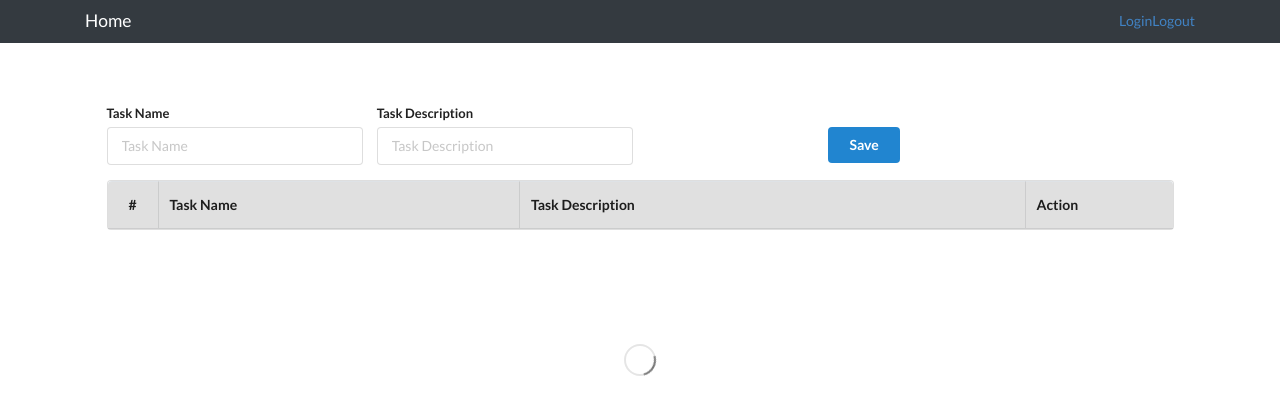
Repository: balkisys/react-js-crud
Page: /
The author's editor kept a copy of each file at every save. The page is drawn from the files as they stood at one save, then again after the next save.
The browser window is 1280 px wide. The pictures show the whole page.
The page's requests for data from a server got no answer. The project was rebuilt for these pictures with package versions that can differ from the ones it lists, and the page was loaded fresh each time. No one was signed in, and anything a server would have sent is missing. Also part of the build but not shown: src/components/Task.js.

Above is the page before, as saved 2021-02-07 19:35:09.

### public/index.html
<!DOCTYPE html>
<html lang="en">
  <head>
    <meta charset="utf-8" />
    <link rel="icon" href="%PUBLIC_URL%/favicon.ico" />
    <meta name="viewport" content="width=device-width, initial-scale=1" />
    <meta name="theme-color" content="#000000" />
    <meta
      name="description"
      content="Web site created using create-react-app"
    />
    <link rel="apple-touch-icon" href="%PUBLIC_URL%/logo192.png" />
    <link rel="stylesheet" href="https://stackpath.bootstrapcdn.com/bootstrap/4.3.1/css/bootstrap.min.css" integrity="sha384-ggOyR0iXCbMQv3Xipma34MD+dH/1fQ784/j6cY/iJTQUOhcWr7x9JvoRxT2MZw1T" crossorigin="anonymous">

    <link
    rel="stylesheet"
    href="https://cdnjs.cloudflare.com/ajax/libs/semantic-ui/2.4.1/semantic.min.css"
    />

    <!--
      manifest.json provides metadata used when your web app is installed on a
      user's mobile device or desktop. See https://developers.google.com/web/fundamentals/web-app-manifest/
    -->
    <link rel="manifest" href="%PUBLIC_URL%/manifest.json" />
    <!--
      Notice the use of %PUBLIC_URL% in the tags above.
      It will be replaced with the URL of the `public` folder during the build.
      Only files inside the `public` folder can be referenced from the HTML.

      Unlike "/favicon.ico" or "favicon.ico", "%PUBLIC_URL%/favicon.ico" will
      work correctly both with client-side routing and a non-root public URL.
      Learn how to configure a non-root public URL by running `npm run build`.
    -->
    <title>React App</title>
  </head>
  <body>
    <noscript>You need to enable JavaScript to run this app.</noscript>
    <div id="root"></div>
    <!--
      This HTML file is a template.
      If you open it directly in the browser, you will see an empty page.

      You can add webfonts, meta tags, or analytics to this file.
      The build step will place the bundled scripts into the <body> tag.

      To begin the development, run `npm start` or `yarn start`.
      To create a production bundle, use `npm run build` or `yarn build`.
    -->
  </body>
</html>

### src/index.js
import React from "react";
import ReactDOM from "react-dom";
import App from "./components/App";


ReactDOM.render(<App/>, document.querySelector("#root"));

### src/components/App.js
import React , {Component} from "react" ;
import Home from "./Home";

class App extends Component {
    render () {
      return (
          <div>


              <nav class="navbar navbar-dark bg-dark">
                  <div class="container">
                      <a class="navbar-brand" href="#">Home</a>
                      <div class="topnav-right">
                      <a href="#search">Login</a>
                      <a href="#about">Logout</a>
  </div>
             </div>
              </nav>






          <div className="ui main container">
           <Home/>
          </div>
          </div>
      );
    }
}
export default App ;

### src/components/Home.js
import React , {Component} from "react" ;
import axios from "axios";
import MyForm from "./MyForm";
import TaskList from "./TaskList";
import "./app.css";
import Loader from "./Loader";

class Home extends Component {
    state = {

        tasks: [],
        task:{},
        loader: false,
        url: "http://127.0.0.1:8000/api/todolists"
    };
    getTasks = async () => {
        this.setState({ loader:true});
        const tasks =  await axios.get(this.state.url);
        this.setState({ tasks: tasks.data, loader:false });
    }

       deleteTask =  async id => {
               this.setState({ loader : true});
             await  axios.delete(`${this.state.url}/${id}`);
             this.getTasks();
       }

       createTask = async data => {
           this.setState({loader:true });
           await axios.post(this.state.url,{
               task_name: data.task_name,
               task_discription: data.task_discription,

           });
           this.getTasks();
       } ;

       editTask = async (data) => {
          // clear task obj
          this.setState({ task: {} , loader: true }) ;
          await axios.put(`${this.state.url}/${data.id}`, {
            task_name: data.task_name,
            task_discription: data.task_discription,
          });
          this.getTasks();
       }

    componentDidMount(){
        this.getTasks();
    }

       onDelete = id => {
         // console.log ("app" , id );
         this.deleteTask(id);
       }

       onEdit = data => {

        //console.log ("app" , data );
        this.setState({ task: data});

      }


      onFormSubmit = data => {
          //console.log("app" , data);
          if(data.isEdit) {
              this.editTask(data);
             // if is edit true
          } else {
                  // if is edit false
                  this.createTask(data);
          }
      };

    render () {
      return (
          <div>

          <div className="ui main container">
           <MyForm task={this.state.task}  onFormSubmit={this.onFormSubmit }     />
           {
               this.state.loader ? <Loader/> : ""
           }
           <TaskList
           tasks={this.state.tasks}
           onDelete={this.onDelete}
           onEdit={this.onEdit}

           />
          </div>
          </div>
      );
    }
}
export default Home ;

### src/components/MyForm.js
import React , {Component} from "react" ;


class MyForm extends Component {
    state = {
        form: {task_name:'' , task_discription:'',isEdit: false},
        btnName: "Save",
        btnClass:"ui primary button submit-button"
    };
    isEmpty(obj){
        return Object.entries(obj).length === 0  && obj.constructor === Object;

    }
    componentDidUpdate(prevProps) {
        if(prevProps !== this.props && !this.isEmpty(this.props.task)) {
           this.setState({
               form: {...this.props.task, isEdit: true},
               btnName: "Update",
               btnClass: "ui orange button submit-button"
           });

            // console.log("update");
        }

    }

    handleChange = event => {
        const {name, value } = event.target;
        let form = this.state.form;
        form[name] = value ;
        this.setState({ form });
    };

    onFormSubmit = (event) =>  {
       // prevent form submit
       event.preventDefault();
       // form validation
      if (this.formValidation()) {
          // send form data to app
          this.props.onFormSubmit(this.state.form);
      }
      // change the button to save
      this.setState({
          btnName: "Save",
          btnClass: "ui primary button submit-button"
      })
      // clear form fields
      this.clearFormFields()
    };
    formValidation = () => {
        // task name
        if(document.getElementsByName("task_name")[0].value === "" ){
           alert('Enter task name') ;
           return false ;
        }
        //task description
        if(document.getElementsByName("task_discription")[0].value === "" ){
            alert('Enter task description ') ;
            return false ;
         }

         return true ;

    };
   clearFormFields = () => {
       // change form state
       this.setState({
        form: {task_name:'' , task_discription:'',  isEdit: false}

       });
       // clear form fields
       document.querySelector(".form").reset();
   };

   render() {
       return (
      <form className= "ui form">
       <div className="fields">
           <div className="four wide field">
           <label> Task Name </label>
           <input
            type="text"
            name="task_name"
            placeholder="Task Name"
            onChange={this.handleChange}
            value={this.state.form.task_name} />
           </div>

           <div className="four wide field">
           <label> Task Description </label>
           <input
           type="text"
            name="task_discription"
            placeholder="Task Description"
            onChange={this.handleChange}
            value={this.state.form.task_discription} />
           </div>

           <div className="four wide field">
           <button  className={this.state.btnClass} onClick={this.onFormSubmit}>
                {this.state.btnName}
                </button>
           </div>

       </div>
      </form>
       );
   }


}
export default MyForm ;

### src/components/TaskList.js
import React, {Component} from "react";
import Task from "./Task";

class TaskList extends Component {
         onDelete = id => {
             this.props.onDelete(id);
              //console.log("task list" , id);

         };
         onEdit = data => {
            this.props.onEdit(data);
            // console.log(task list" , id);

        };

    render() {
        const tasks = this.props.tasks;
        return (
          <div className="data">
              <table className="ui celled table">
                <thead>
                     <tr>
                         <th style={{ width: '50px' , textAlign: "center"}}>#</th>
                         <th>Task Name</th>
                         <th>Task Description</th>
                         <th style={{ width: "148px"}}>Action </th>
                     </tr>
                    </thead>

                    <tbody>
                        {tasks.map(task=>{
                              return <Task
                              task={task}
                              key={task.id}
                              onDelete={this.onDelete}
                              onEdit={this.onEdit}
                              />;

                            })
                        }

                    </tbody>
              </table>

          </div>
        );
    }
}

export default TaskList;

### src/components/app.css
.main.container{
    margin-top: 60px;
}
.submit-button {
    margin-top: 24px !important;
    float: right;
}

.data {
    margin-top: 15px;
}

thead tr th {
     background: #e0e0e0 !important;
}

.ui.inverted.dimmer {
    background-color:rgba(255, 255, 255, 0) !important;
}

### src/components/Loader.js
import React, { Component } from 'react'

 class Loader extends Component {
    render() {
        return (
            <div className="ui active inverted dimmer">
               <div className="ui loader"></div>
            </div>
        )
    }
}

export default Loader

After the next save:
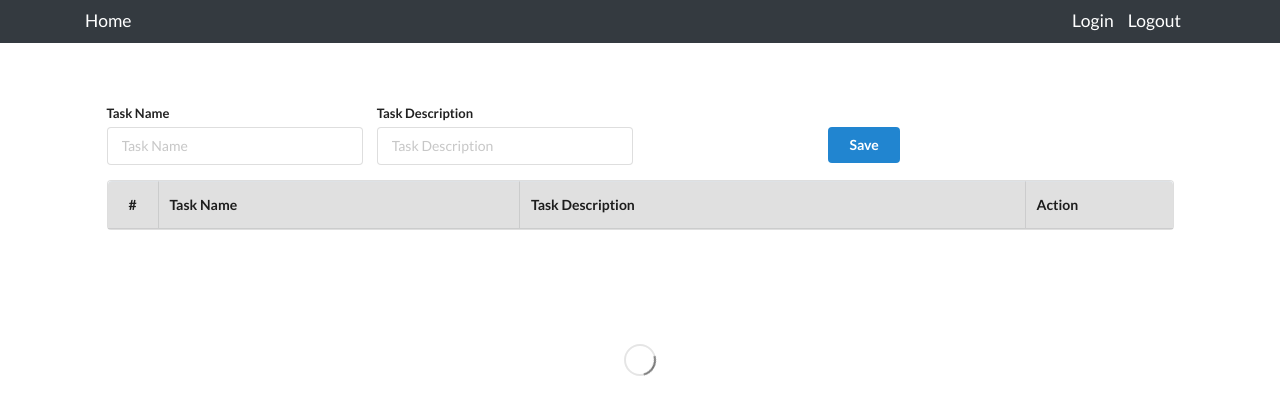
Saved 27 s later.
--- a/src/components/App.js
+++ b/src/components/App.js
@@ -11,8 +11,8 @@ class App extends Component {
                   <div class="container">
                       <a class="navbar-brand" href="#">Home</a>
                       <div class="topnav-right">
-                      <a href="#search">Login</a>
-                      <a href="#about">Logout</a>
+                      <a class="navbar-brand" href="#search">Login</a>
+                      <a class="navbar-brand" href="#about">Logout</a>
   </div>
              </div>
               </nav>
